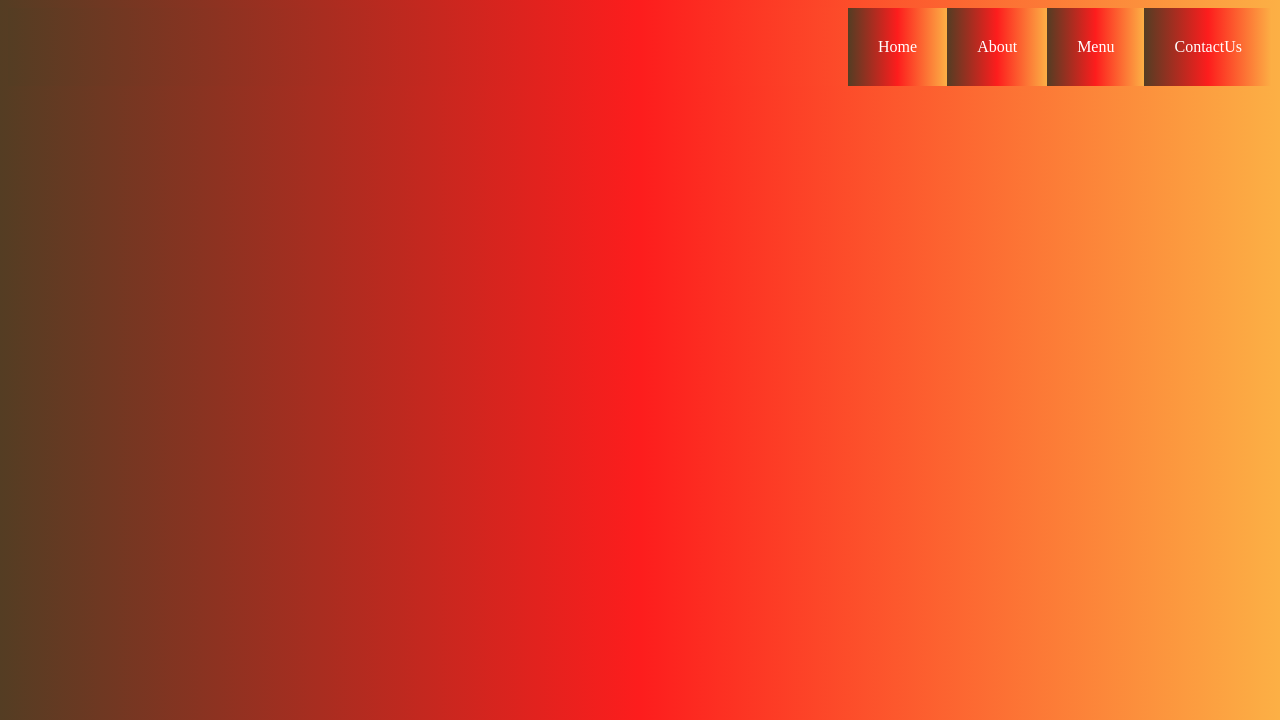
Repository: sristigupta04/basic-js-project
Page: kids fun/kid.html
These files come from the project's save history. The page is drawn as it stood at one moment and after the next save; the edit follows.
The browser window is 1280 px wide. The pictures show the whole page.

Above is the page before, as saved 2025-11-16 00:11:23.

After the next save:
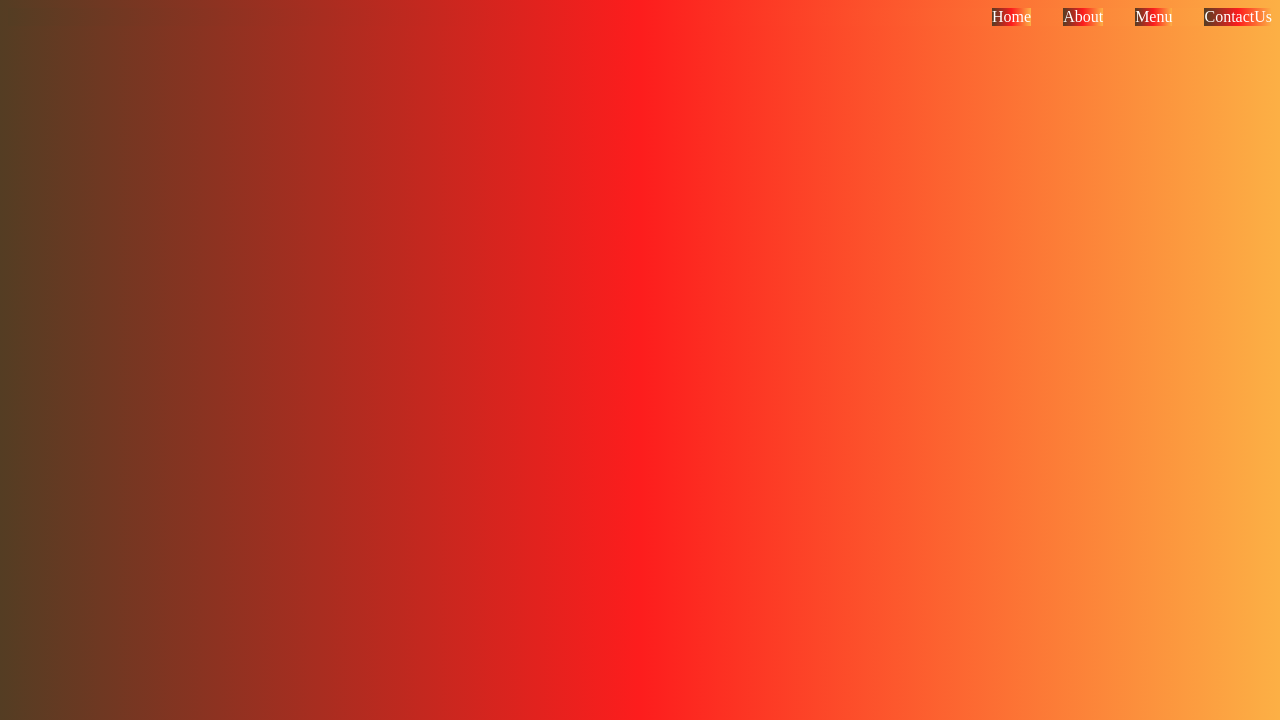
Saved 20 s later.
--- a/kids fun/kid.css
+++ b/kids fun/kid.css
@@ -15,7 +15,7 @@ filter: progid:DXImageTransform.Microsoft.gradient(startColorstr="#543D23", endC
 .top a{
     text-decoration: none;
     background-color: none;
-    padding: 30px;
+    margin-left: 2rem;;
     gap: 30px;
     color:white;
 
